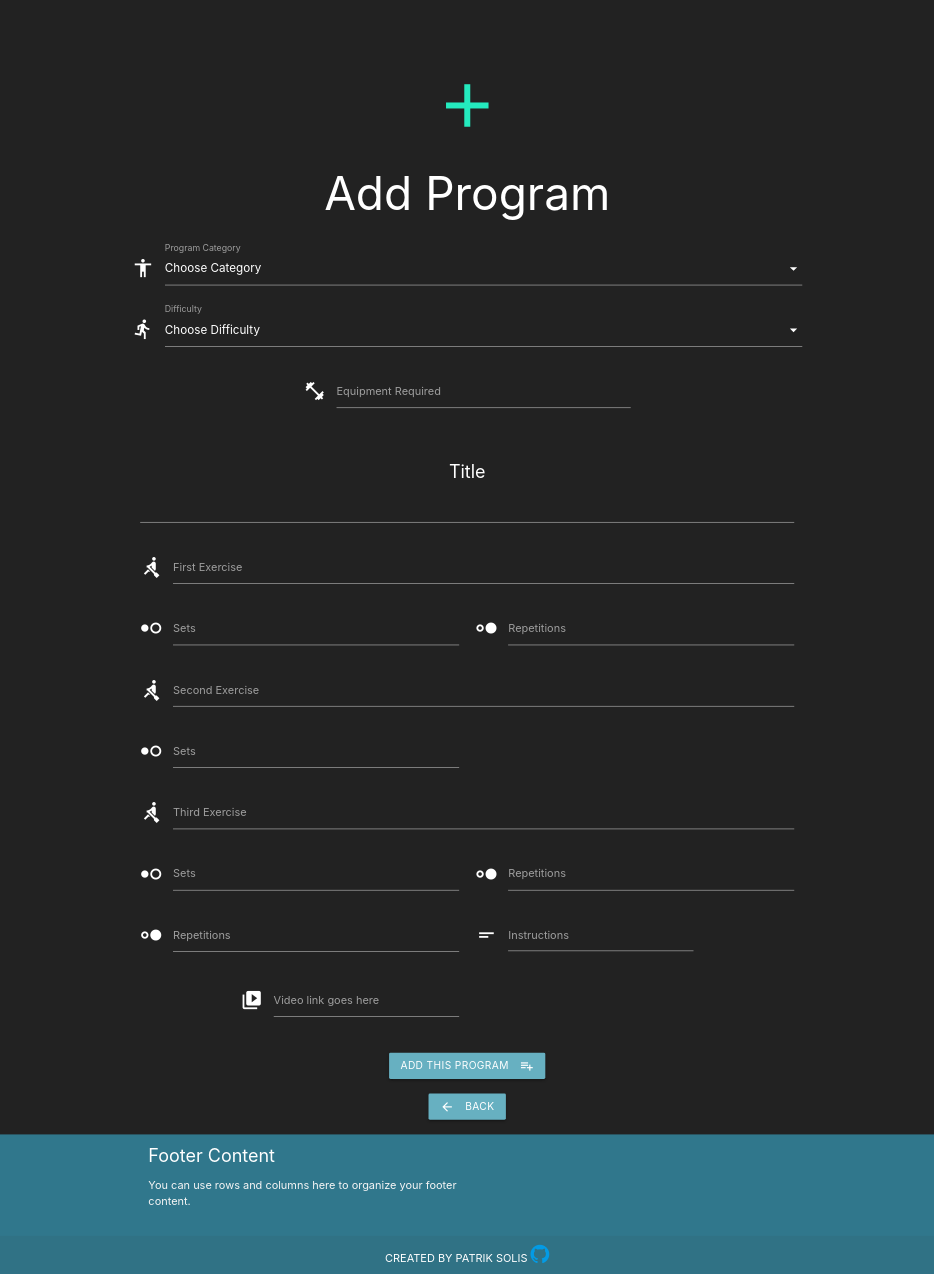
Repository: Ario124/calisthenics-project
Page: http://localhost/add_program
The author's editor kept a record of every edit. The page is drawn from the files as they stood at one moment, then again after the next edit.
The browser window is 1280 px wide. The pictures show the whole page, at 73% of full size.
The page is served by the project's application, run on Flask 3 (app.py). Queries for data that is not in the repository find no rows.

Above is the page before.

### templates/add_program.html
{% extends 'base.html' %} {% block content %}

<div class="row center-align">
    <i class="material-icons icon-size icon-color2">add</i>
</div>
<h1 class="center-align expert_title">Add Program</h1>
<div class="container">

    <form action="{{url_for('insert_program')}}" method="POST" class="col s12">
        <div class="row">
            <div class="row">
                <div class="input-field col s12">
                    <i class="material-icons prefix">accessibility</i>
                    <select id="category" name="category_name">
                  <option value="" disabled selected>Choose Category</option>
                  {% for cat in categories %}
                      <option value="{{cat.category_name}}">{{cat.category_name}}</option>
                  {% endfor %}
                </select>
                    <label>Program Category</label>
                </div>




                <div class="input-field col s12">
                    <i class="material-icons prefix">directions_run</i>
                    <select id="difficulty" name="difficulty_level">
                  <option value="" disabled selected>Choose Difficulty</option>
                  {% for dif in difficulty %}
                      <option value="{{dif.difficulty_level}}">{{dif.difficulty_level}}</option>
                  {% endfor %}
                </select>
                    <label>Difficulty</label>
                </div>

                <div class="input-field col s6 offset-s3">
                    <i class="material-icons prefix">fitness_center</i>
                    <input id="equipment_required" name="equipment_required" type="text" required>
                    <label for="icon_prefix">Equipment Required</label>
                </div>
            </div>
            <div class="input-field col s12">
                <h5 class="center-align">Title</h5>
                <input id="program_name" name="program_name" type="text" class="center-align" required>
            </div>

            <div class="input-field col s12">
                <i class="material-icons prefix">rowing</i>
                <input id="exercise" name="exercise" type="text" required>
                <label for="icon_prefix">First Exercise</label>
            </div>

                        <div class="input-field col s6">
                <i class="material-icons prefix">hdr_weak</i>
                <input id="sets_amount" name="sets_amount" type="text" required>
                <label for="icon_prefix">Sets</label>
            </div>

                        <div class="input-field col s6">
                <i class="material-icons prefix">hdr_strong</i>
                <input id="reps_amount" name="reps_amount" type="text" required>
                <label for="icon_prefix">Repetitions</label>
            </div>

            <div class="input-field col s12">
                <i class="material-icons prefix">rowing</i>
                <input id="exercise2" name="exercise2" type="text" required>
                <label for="icon_prefix">Second Exercise</label>
            </div>

                    <div class="input-field col s6">
                <i class="material-icons prefix">hdr_weak</i>
                <input id="sets_amount2" name="sets_amount2" type="text" required>
                <label for="icon_prefix">Sets</label>
            </div>

            <div class="input-field col s12">
                <i class="material-icons prefix">rowing</i>
                <input id="exercise3" name="exercise3" type="text" required>
                <label for="icon_prefix">Third Exercise</label>
            </div>

            <div class="input-field col s6">
                <i class="material-icons prefix">hdr_weak</i>
                <input id="sets_amount3" name="sets_amount3" type="text" required>
                <label for="icon_prefix">Sets</label>
            </div>


            <div class="input-field col s6">
                <i class="material-icons prefix">hdr_strong</i>
                <input id="reps_amount2" name="reps_amount2" type="text" required>
                <label for="icon_prefix">Repetitions</label>
            </div>

            <div class="input-field col s6">
                <i class="material-icons prefix">hdr_strong</i>
                <input id="reps_amount3" name="reps_amount3" type="text" required>
                <label for="icon_prefix">Repetitions</label>
            </div>

            <div class="container">
                <div class="input-field col s6">
                    <i class="material-icons prefix">short_text</i>
                    <textarea name="description" id="description" class="materialize-textarea center-align" required></textarea>
                    <label for="icon_prefix">Instructions</label>
                </div>



                <div class="input-field col s6">
                    <i class="material-icons prefix">video_library</i>
                    <textarea name="example_youtube" id="example_youtube" class="materialize-textarea center-align" required></textarea>
                    <label for="icon_prefix">Video link goes here</label>
                </div>
            </div>


        </div>
        <div class="row center-align">

            <div class="col s12">
                <button class="btn waves-effect waves-light btn-colored" type="submit" name="action">Add This Program
                     <i class="material-icons right">playlist_add</i>
                    </button>
            </div>

        </div>
        <div class="row center-align">
            <div class="col s12">
                <button onclick="goBack()" class="btn waves-effect waves-light btn-colored">Back
                     <i class="material-icons left">arrow_back</i>
                     </button>
            </div>

        </div>
    </form>
</div>





{% endblock %}

### templates/base.html
<!DOCTYPE html>
<html lang="en">
<head>
    <meta charset="UTF-8">
    <meta name="viewport" content="width=device-width, initial-scale=1">
    <link href="https://fonts.googleapis.com/icon?family=Material+Icons" rel="stylesheet">
    <link rel="stylesheet" href="https://cdnjs.cloudflare.com/ajax/libs/materialize/1.0.0/css/materialize.min.css">
    <link rel="stylesheet" href="{{url_for('static', filename="css/main.css")}}" type="text/css" />
    <link rel="stylesheet" href="https://maxcdn.bootstrapcdn.com/font-awesome/4.7.0/css/font-awesome.min.css" type="text/css" />

    <title>Calisthenics Project</title>
    <link rel="icon" href="https://d1ujqdpfgkvqfi.cloudfront.net/favicon-generator/htdocs/favicons/2019-09-19/50f3ab5b7a10e0ae0911c83435938cd6.ico.png">

</head>
<body>
    <header>

        <div id="navbar-test" class="navbar-fixed">
            <nav>
                <div class="nav-wrapper">
                    <a href="{{url_for('home')}}" class="brand-logo"><i class="material-icons nav-icon-pad">home</i></a>
                    <a href="{{url_for('home')}}" class="brand-logo center-align">Calisthenics</a>
                    <a href="#" data-target="mobile-demo" class="sidenav-trigger"><i class="material-icons">menu</i></a>
                    <ul class="right hide-on-med-and-down">
                        <li><a href="{{url_for('get_programs')}}">View Programs</a></li>
                        <li><a href="{{url_for('add_program')}}">Add Program</a></li>
                        <li><a href="{{url_for('exercises')}}">Exercises</a></li>
                        <li><a href="{{url_for('contact')}}">Contact Us</a></li>
                    </ul>
                </div>
            </nav>

            <ul class="sidenav" id="mobile-demo">
                <li><a class="sidenav-close" href="#!"><i class="material-icons">menu</i>Close</a></li>
                <li><a href="{{url_for('get_programs')}}">View Programs</a></li>
                <li><a href="{{url_for('add_program')}}">Add Program</a></li>
                <li><a href="{{url_for('exercises')}}">Exercises</a></li>
                <li><a href="{{url_for('contact')}}">Contact Us</a></li>
            </ul>
        </div>

    </header>



    {% block content %} {% endblock %}

    <script src="https://cdnjs.cloudflare.com/ajax/libs/jquery/3.4.1/jquery.min.js"></script>
    <script src="https://cdnjs.cloudflare.com/ajax/libs/materialize/1.0.0/js/materialize.min.js"></script>
    <script type="text/javascript">
        M.AutoInit()
    </script>
    <script>
        var prevScrollpos = window.pageYOffset;
window.onscroll = function() {
  var currentScrollPos = window.pageYOffset;
  if (prevScrollpos > currentScrollPos) {
    document.getElementById("navbar-test").style.top = "0";
  } else {
    document.getElementById("navbar-test").style.top = "-70px";
  }
  prevScrollpos = currentScrollPos;
}
    </script>

</body>
        <footer class="page-footer">
          <div class="container">
            <div class="row">
              <div class="col l6 s12">
                <h5 class="white-text">Footer Content</h5>
                <p class="grey-text text-lighten-4">You can use rows and columns here to organize your footer content.</p>
              </div>
            </div>
          </div>
          <div class="footer-copyright">
            <div class="container center-align">
            CREATED BY PATRIK SOLIS
            <a target="_blank" href="https://github.com/Ario124"><i class="fa fa-github fa-2x"></i></a>
            </div>
          </div>
        </footer>

</html>

### app.py
import os
from flask import Flask, render_template, redirect, request, url_for
from flask_pymongo import PyMongo
from bson.objectid import ObjectId

app = Flask(__name__)


app.config["MONGO_DBNAME"] = 'calisthenics-project'
app.config["MONGO_URI"] = 'mongodb+srv://root:pasol005@myfirstcluster-qno2b.mongodb.net/calisthenics?retryWrites=true&w=majority'


mongo = PyMongo(app)

@app.route('/')
@app.route('/home')
def home():
    return render_template('index.html')

@app.route('/add_program')
def add_program():
    return render_template('add_program.html', categories =mongo.db.categories.find(), difficulty =mongo.db.difficulty.find())


@app.route('/categories')
def categories():
    return render_template('categories.html')

@app.route('/contact')
def contact():
    return render_template('contact.html')

@app.route('/get_programs')
def get_programs():
    return render_template('programs.html',
        training_programs=mongo.db.training_programs.find(), description =mongo.db.description.find())


@app.route('/insert_program', methods=['POST'])
def insert_program():
    training_programs = mongo.db.training_programs
    training_programs.insert_one(request.form.to_dict())
    return redirect(url_for('get_programs'))

@app.route('/edit_program/<program_id>')
def edit_program(program_id):
    _program = mongo.db.training_programs.find_one({"_id": ObjectId(program_id)})
    _categories = mongo.db.categories.find()
    _difficulty = mongo.db.difficulty.find()
    category_list = [category for category in _categories]
    difficulty_list = [difficult for difficult in _difficulty]
    return render_template('edit_program.html', program = _program, categories = category_list, difficulties = difficulty_list)


@app.route('/update_program/<program_id>', methods=['POST'])
def update_program(program_id):
    training_programs = mongo.db.training_programs
    training_programs.update({'_id': ObjectId(program_id)},
    {
        'category_name':request.form.get('category_name'),
        'difficulty_level':request.form.get('difficulty_level'),
        'program_name':request.form.get('program_name'),
        'exercise':request.form.get('exercise'),
        'exercise2':request.form.get('exercise2'),
        'exercise3':request.form.get('exercise3'),
        'sets_amount':request.form.get('sets_amount'),
        'sets_amount2':request.form.get('sets_amount2'),
        'sets_amount3':request.form.get('sets_amount3'),
        'reps_amount':request.form.get('reps_amount'),
        'reps_amount2':request.form.get('reps_amount2'),
         'reps_amount3':request.form.get('reps_amount3'),
        'equipment_required':request.form.get('equipment_required'),
        'description':request.form.get('description')
    })
    return redirect(url_for('get_programs'))

@app.route('/add_exercise')
def add_exercise():
    return render_template('add_exercise.html')


@app.route('/delete_program/<program_id>')
def delete_program(program_id):
    mongo.db.training_programs.remove({'_id': ObjectId(program_id)})
    return redirect(url_for('get_programs'))


@app.route('/exercises')
def exercises():
    return render_template('exercises.html')

if __name__ == '__main__':
    app.run(host=os.environ.get('IP'),
            port=int(os.environ.get('PORT')),
            debug=True)

### static/css/main.css
nav {
    background-color: #1d1717f7;

}

.brand-logo {
    font-size: 40px;
}

.video-container iframe, .video-container object, .video-container embed {
    position: absolute;
    top: 0;
    left: 0;
    width: 100%;
    height: 100%;

}


.circle {
    width: 36%;
}

.video-container {
    bottom: 0px;
    z-index: -4;
}

.collapsible-header {
background-color: transparent;
}

.icon-size {
    font-size: 100px;
    margin-top:30px;
}

.contoo {
    background-color: #212525e8;
    color: orange;
}

.program-header {
    margin-top: 5px;
}

.colored-title {
    color: #e85a13;
}

.icon-color {
    color: #e6d712;
}

.icon-color2 {
    color: #24eabe;
}

.btn-colored {
    background-color: #71c4d8e0;
}

.btn-colored:hover {
    background-color: #3196af;
}

.img-test {
    background-image: url("/static/images/Pushups.jpg");
}

.icon-exercises {
    font-size: 100px;
    margin-top:30px;
    color: #f91d1d;
}

.expert_title {
    margin-bottom: 30px;
    margin-top: 30px;
}
body {
    background-color: #222;
    color: white;
}

nav .brand-logo i, .hoomee {
    font-size: 40px;
}

.select-dropdown {
    color: white;
}

.select-dropdown li.disabled>span {
    color: white;
}

.select-dropdown:focus {
    color:white;
}

input {
    color:white;


}

.container {
    color:white;
}

textarea.materialize-textarea {
    color:white;
}

.dropdown-content {
    background-color: #313131;
}

.dropdown-content li>span {
    color:white;
}

.select-wrapper .caret {
    fill:white
}

.sidenav-overlay {
    opacity: 0 !important;
    position: relative;
}

        .nav-icon-pad {
 padding-left:220px;

}


            .flow-text {
        font-size: 1rem;
    }

.pad-this {
    padding-top: 24px;
}

.page-footer {
    background-color: #1d1717f7;
    padding-top: 0px;
}


/* MEDIA QUERIES */



@media all and (min-width: 480px) and (max-width: 767px) {
    nav {
        background-color: #d0501ef7;
    }
            .flow-text {
        font-size: 2.1rem;
    }
}

@media all and (min-width: 768px) and (max-width: 1024px) {

    nav {
        background-color: #d01e1ef7;
    }

        .flow-text {
        font-size: 2.1rem;
    }

    .page-footer {
    background-color: #d01e1ef7;
    padding-top: 0px;
}

}


@media all and (min-width: 1024px) {

        nav .brand-logo {
            left: 43%;
        }

        nav {
            background-color: #317a90f7;
        }

            .page-footer {
    background-color: #317a90f7;
    padding-top: 0px;
}

        .nav-icon-pad {
 padding-left:190px;
}

            .flow-text {
        font-size: 1.5rem;
    }


.pad-this {
    padding-top: 0;
}

.video-container {
    bottom: 65px;
    z-index: -4;
}


}

After the next edit:
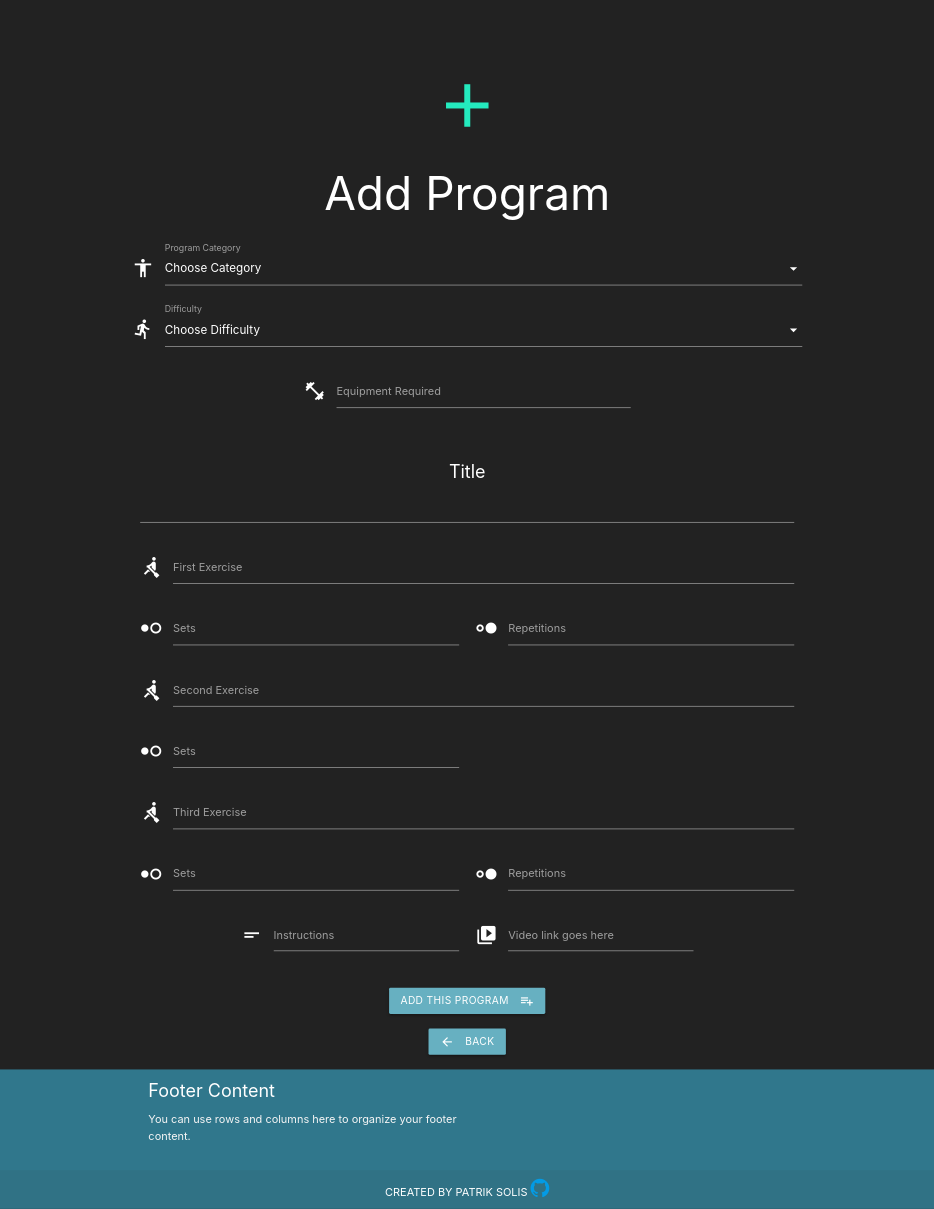
The edit:
--- a/templates/add_program.html
+++ b/templates/add_program.html
@@ -87,13 +87,6 @@
                 <label for="icon_prefix">Sets</label>
             </div>
 
-
-            <div class="input-field col s6">
-                <i class="material-icons prefix">hdr_strong</i>
-                <input id="reps_amount2" name="reps_amount2" type="text" required>
-                <label for="icon_prefix">Repetitions</label>
-            </div>
-
             <div class="input-field col s6">
                 <i class="material-icons prefix">hdr_strong</i>
                 <input id="reps_amount3" name="reps_amount3" type="text" required>
